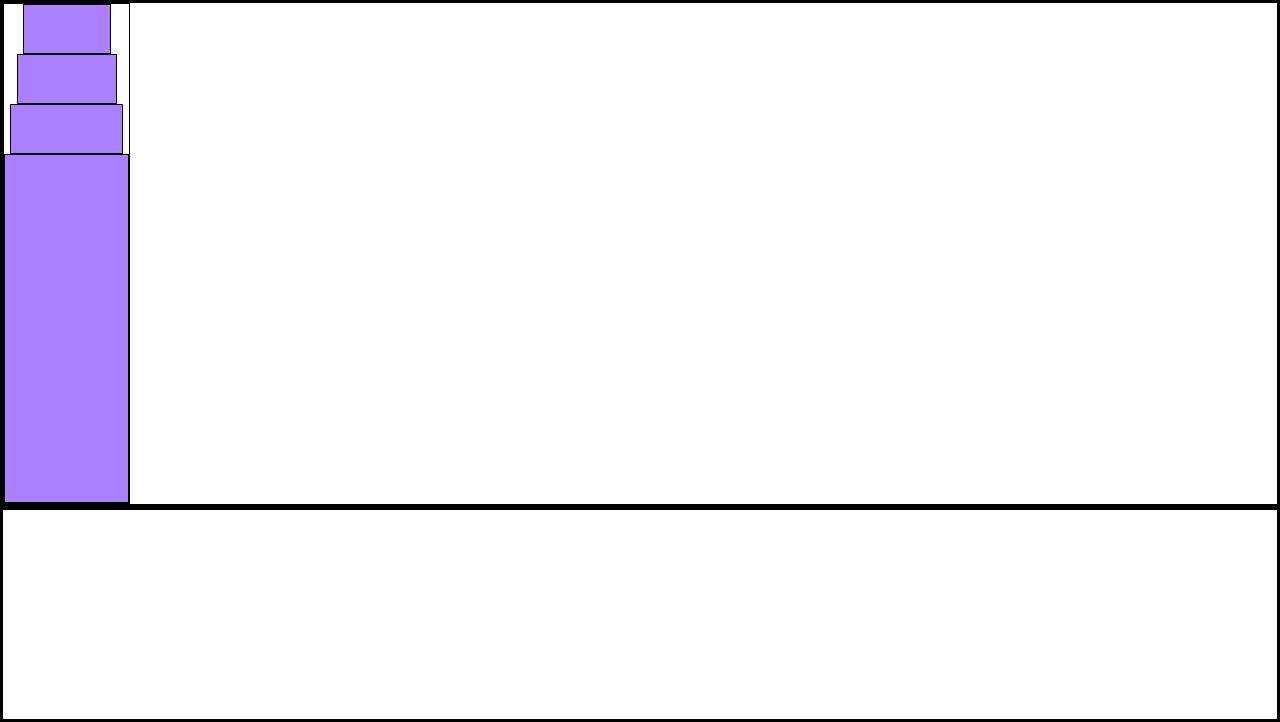
Repository: Lungdjos/city_skyline
Page: index.html
An editor plug-in stored every save of this project. The page is shown before and after the next save, followed by the edit.
The browser window is 1280 px wide. The pictures show the whole page.

Above is the page before, as saved 2023-12-11 09:43:56.

After the next save:
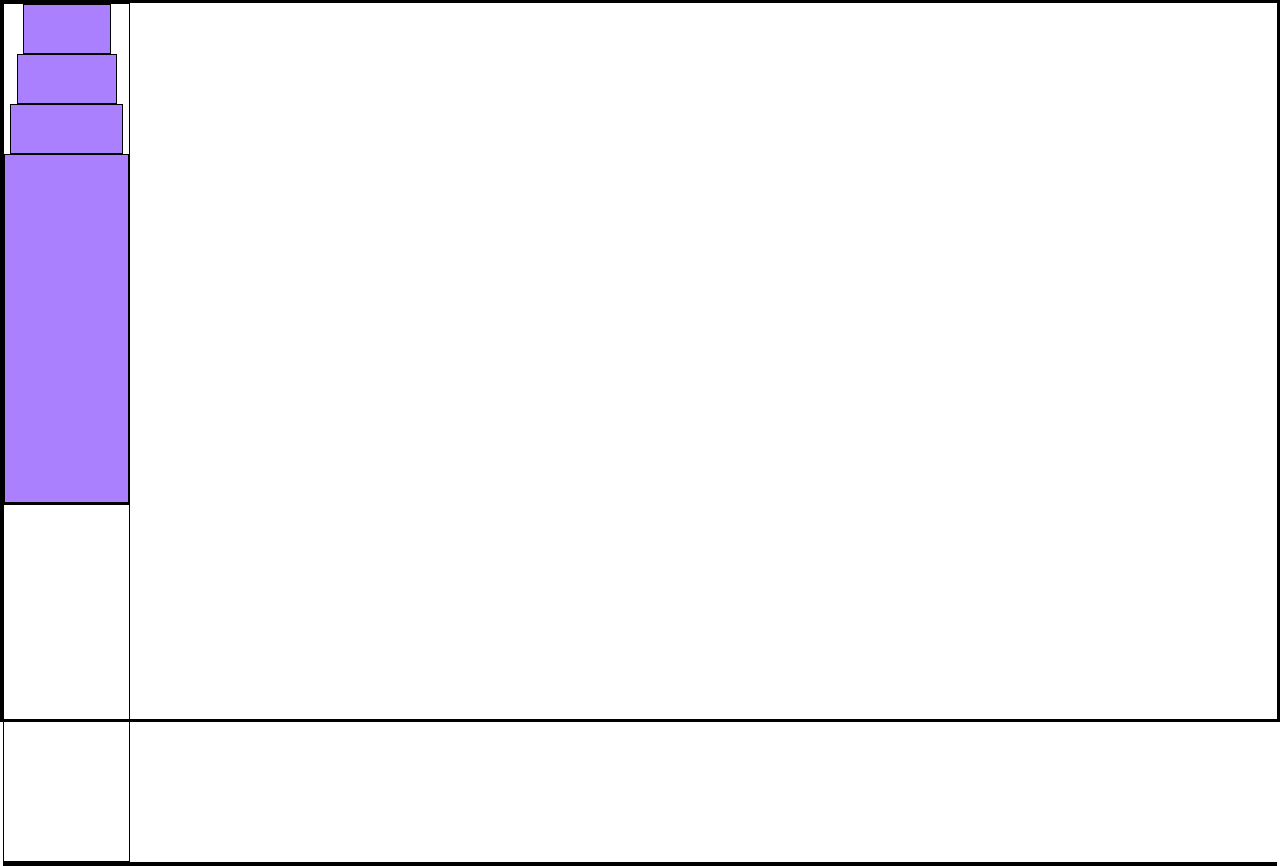
Saved 78 s later.
--- a/styles.css
+++ b/styles.css
@@ -47,7 +47,7 @@ body {
     background-color: var(--building-color1);
 }
 
-bb2 {
+.bb2 {
     height: 50%;
     width: 10%;
 }
